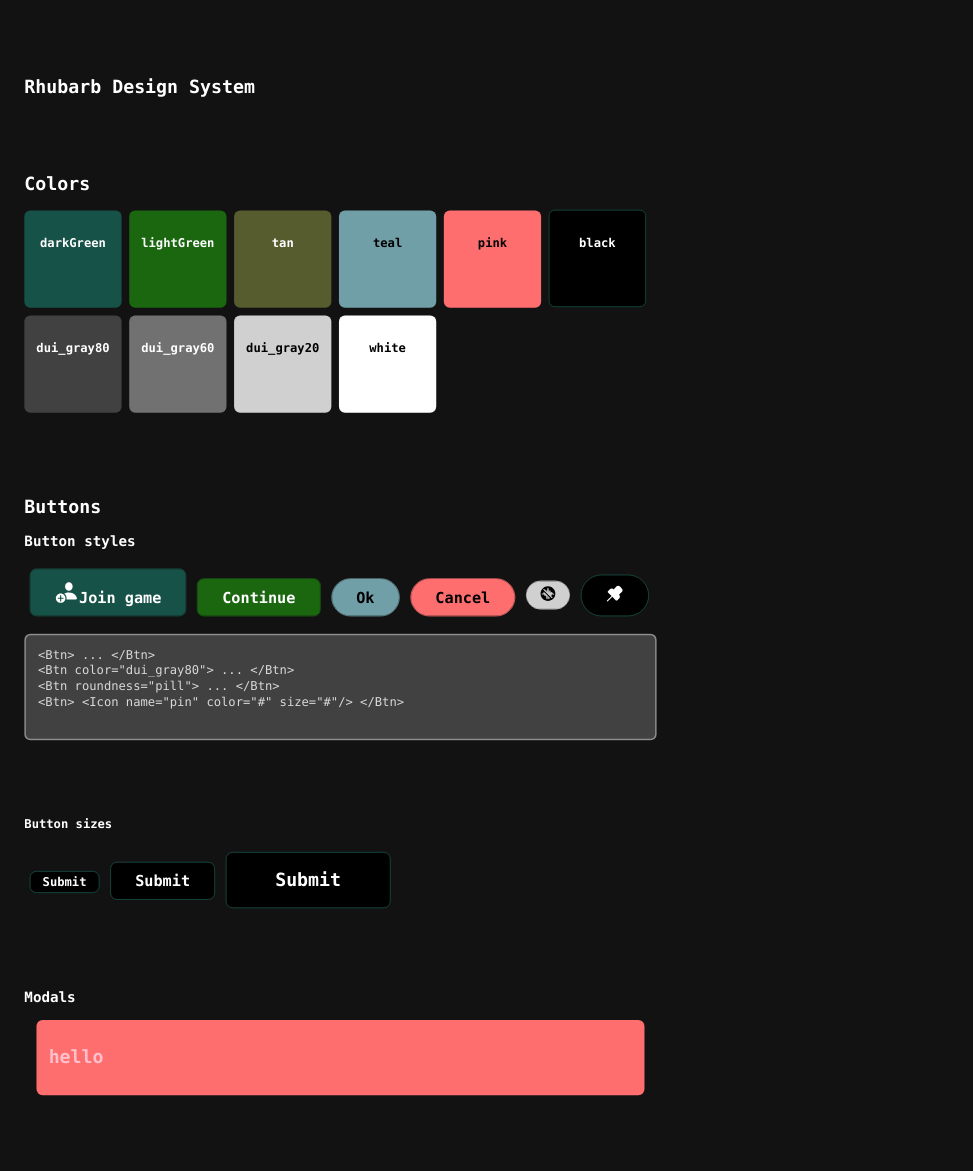
Repository: kttalley/designing-with-data_react-class
Page: / (app in lesson6_design-system-component-extension/)
The author's editor kept a copy of each file at every save. The page is drawn from the files as they stood at one save, then again after the next save.
The browser window is 1280 px wide. The pictures show the whole page, at 76% of full size.
The project was rebuilt for these pictures with package versions that can differ from the ones it lists, and the page was loaded fresh each time. Imported but missing from the stored project, and not drawn on this page: lesson6_design-system-component-extension/src/Rhubarb/Input.

Above is the page before, as saved 2023-09-01 12:21:29.

### lesson6_design-system-component-extension/src/App.js
import React, { Component } from 'react';
import { DocsSection, DocsColorBox, DocsModalContainer, DocsCodeBlock } from './Docs';
import Icon from './Rhubarb/Icon'

import {
  GlobalStyle,
  Btn,
  Modal,
  fontSize,
  color,
} from './Rhubarb';

class App extends Component {
  render() {
    return (
      <div>
        <GlobalStyle />

        <DocsSection>
          <h1>Rhubarb Design System</h1>
        </DocsSection>
        <DocsSection>
          <h2>Colors</h2>
          <DocsColorBox color="darkGreen">darkGreen</DocsColorBox>
          <DocsColorBox color="lightGreen">lightGreen</DocsColorBox>
          <DocsColorBox color="tan">tan</DocsColorBox>
          <DocsColorBox color="teal">teal</DocsColorBox>
          <DocsColorBox color="pink">pink</DocsColorBox>
          <DocsColorBox color="black">black</DocsColorBox>
          <DocsColorBox color="dui_gray80">dui_gray80</DocsColorBox>
          <DocsColorBox color="dui_gray60">dui_gray60</DocsColorBox>
          <DocsColorBox color="dui_gray20">dui_gray20</DocsColorBox>
          <DocsColorBox color="white">white</DocsColorBox>
        </DocsSection>

        <DocsSection>
          <h2>Buttons</h2>
          <h3>Button styles</h3>
          <Btn color="darkGreen">
            <Icon name="add" context="btn" color="#ffffff" size={fontSize[4]}></Icon>
            Join game
          </Btn>
          <Btn color="lightGreen">Continue</Btn>
          <Btn color="teal"  roundness="pill">Ok</Btn>
          <Btn color="pink"  roundness="pill">Cancel</Btn>
          <Btn color="dui_gray20" size="sm" roundness="pill">
            <Icon name="cancel" color={color.black} size={fontSize[3]}></Icon>
          </Btn>
          <Btn roundness="pill">
            <Icon name="pin" size={fontSize[3]} />
          </Btn>
          <DocsCodeBlock>
            {`<Btn> ... </Btn>
            <Btn color="dui_gray80"> ... </Btn>
            <Btn roundness="pill"> ... </Btn>
            <Btn> <Icon name="pin" color="#" size="#"/> </Btn>

            `}
          </DocsCodeBlock>
      </DocsSection>
      <DocsSection>
          <h4>Button sizes</h4>
          <Btn size="sm">Submit</Btn>
          <Btn>Submit</Btn>
          <Btn size="lg">Submit</Btn>
        </DocsSection>


        <DocsSection>
          <h3>Modals</h3>
          <Modal color="pink"><h1>hello</h1></Modal>

        </DocsSection>
      </div>
    );
  }
}

export default App;

### lesson6_design-system-component-extension/src/Docs/index.js
import styled from 'styled-components';
import {color, space, isDarkBackground, fontSize} from '../Rhubarb';

export const DocsColorBox = styled.div`
background-color: ${ props => color[props.color] ? color[props.color] : color.black };
  color: ${props => isDarkBackground(props.color) ? color.black : color.white};
  height: ${space[6] + 'px'};
  width: ${space[6] + 'px'};
  padding-top: 33px;
  text-align: center;
  font-weight: bold;
  display: inline-block;
  margin-right: 10px;
  margin-bottom: 10px;
  border-radius: 8px;
  border: ${props => props.color === "black" ? '1px solid' + color.darkGreen : 'none'}
`;

export const DocsSection = styled.section`
  margin: 100px 32px;
  max-width: 832px;
`;

export const DocsModalContainer = styled.section`
  position: relative;
  height: 300px;
  border-radius: 3px;
  background: ${color.dui_gray80}
`;

export const DocsCodeBlock = styled.code`
  border: 2px solid ${color.dui_gray60};
  background-color: ${color.dui_gray80};
  color: ${color.dui_gray20};
  border-radius: 8px;
  display: block;
  font-family: consolas, monospace;
  line-height: 1.3;
  padding: ${space[3] + 'px'};
  white-space: pre-line;
  font-size: ${fontSize[1]};
  margin-top: ${space[3] + 'px'};
   max-width: 832px;
  transition: 0.15s color ease;

  &::selection {
    color: ${color.black};
    background-color: ${color.pink};
  }

  &:hover {
    color: ${color.white};
  }


`;

### lesson6_design-system-component-extension/src/Rhubarb/Icon.js
import React from 'react';
import Styled, { css } from 'styled-components'



const Icon = function(props) {
    const {name, context, color="white", size=16, ...rest} = props;
    const Drawing = IconMap[name] ? IconMap[name] : null;
    const iconStyles = {
        ...(context === 'btn' && {
            marginRight: '200px',
            color: "red",
            padding: '8px',
            size: '500px'

        }),
    }

    return (
        <svg
            width={size}
            height={size}
            {...rest}
            viewBox="0 0 32 32"
        >
            <Drawing color={color} />
        </svg>

    );

}

function Add(props) {
    return (
        <path fill={props.color} d="M18.6025 16.2451C15.8604 16.2451 13.5879 13.8203 13.5879 10.6846C13.5752 7.65039 15.8857 5.25098 18.6025 5.25098C21.332 5.25098 23.6172 7.625 23.6172 10.6719C23.6172 13.8203 21.3447 16.2451 18.6025 16.2451ZM18.5898 18.5176C25.1406 18.5176 29.2158 23.0117 29.2158 26.2744C29.2158 27.3789 28.5049 27.874 26.7783 27.874H15.4033C15.5303 27.3408 15.5938 26.7695 15.5938 26.1982C15.5938 23.6973 14.4004 21.4756 12.5596 20.0537C14.1719 19.127 16.2158 18.5176 18.5898 18.5176ZM7.79883 32.5078C4.3457 32.5078 1.48926 29.6641 1.48926 26.1982C1.48926 22.7324 4.3457 19.876 7.79883 19.876C11.2646 19.876 14.1211 22.7324 14.1211 26.1982C14.1211 29.6514 11.2393 32.5078 7.79883 32.5078ZM7.81152 30.3496C8.20508 30.3496 8.52246 30.0703 8.52246 29.6641V26.8584H11.125C11.5059 26.8584 11.8105 26.5664 11.8105 26.1855C11.8105 25.8047 11.5059 25.5127 11.125 25.5127H8.52246V22.7197C8.52246 22.3008 8.20508 22.0342 7.81152 22.0342C7.41797 22.0342 7.10059 22.3008 7.10059 22.7197V25.5127H4.48535C4.11719 25.5127 3.8125 25.8047 3.8125 26.1855C3.8125 26.5664 4.11719 26.8584 4.48535 26.8584H7.10059V29.6641C7.10059 30.0703 7.41797 30.3496 7.81152 30.3496Z"></path>
    )
}


function Pin(props) {
    return (
        <path fill={props.color} d="M28.1831 13.4035C28.601 12.9858 28.9325 12.49 29.1587 11.9442C29.3849 11.3984 29.5014 10.8134 29.5015 10.2226C29.5016 9.63174 29.3853 9.0467 29.1592 8.50084C28.9332 7.95498 28.6019 7.45899 28.1841 7.0412L24.9849 3.82147C24.1379 2.97781 22.9906 2.50501 21.7951 2.50703C20.5997 2.50904 19.454 2.9857 18.6099 3.83221L14.354 8.35272C14.2599 8.44609 14.1326 8.49847 14 8.49847C13.8674 8.49847 13.7402 8.44609 13.646 8.35272C13.2271 7.93628 12.7279 7.60921 12.1789 7.39132C11.6298 7.17344 11.0422 7.06928 10.4517 7.08514C9.25462 7.11643 8.11615 7.60989 7.27491 8.46209L3.93702 11.9504C3.65616 12.2318 3.49835 12.6131 3.49816 13.0107C3.49797 13.4083 3.65543 13.7898 3.93602 14.0715L10.2144 20.3666L2.29341 28.2931C2.20056 28.386 2.12691 28.4962 2.07666 28.6175C2.02641 28.7389 2.00055 28.8689 2.00055 29.0002C2.00055 29.1315 2.02641 29.2615 2.07666 29.3828C2.12691 29.5041 2.20056 29.6144 2.29341 29.7072C2.38626 29.8001 2.49649 29.8737 2.6178 29.924C2.73911 29.9742 2.86913 30.0001 3.00044 30.0001C3.13175 30.0001 3.26177 29.9742 3.38308 29.924C3.5044 29.8737 3.61462 29.8001 3.70747 29.7072L11.6266 21.7825L17.8891 28.0617C18.0288 28.2015 18.1948 28.3122 18.3775 28.3877C18.5602 28.4631 18.7559 28.5016 18.9536 28.5012C19.1477 28.5019 19.3402 28.4644 19.5198 28.3906C19.6995 28.3169 19.8628 28.2084 20.0004 28.0715L23.5463 24.718C24.4021 23.8866 24.8934 22.7498 24.9124 21.5568C24.9315 20.3638 24.4767 19.212 23.6479 18.3537C23.555 18.2608 23.5025 18.135 23.5015 18.0036C23.5006 17.8722 23.5515 17.7458 23.643 17.6515L28.1831 13.4035Z"></path>
    )
}
function Cancel(props) {
    return (
        <path fill={props.color} d="M29 16C29 23.1797 23.1797 29 16 29C8.8203 29 3 23.1797 3 16C3 8.8203 8.8203 3 16 3C23.1797 3 29 8.8203 29 16ZM16.9957 6.9078C16.9481 6.39344 16.5166 6 16 6C15.4834 6 15.0519 6.39344 15.0043 6.9078L14.438 13.0238L13.796 12.3818L13.6593 11.265C13.5997 10.7785 13.1962 10.4068 12.7064 10.3873C12.4524 10.3772 12.2141 10.4634 12.0298 10.6156L9.70711 8.29289C9.31658 7.90237 8.68342 7.90237 8.29289 8.29289C7.95024 8.63555 7.90824 9.16501 8.16689 9.55346L22.4466 23.8331C22.835 24.0918 23.3645 24.0498 23.7071 23.7071C24.0976 23.3166 24.0976 22.6834 23.7071 22.2929L21.6914 20.2772C21.812 20.1618 21.9048 20.0154 21.9562 19.8473L22.6544 17.5661C22.8345 17.7326 23.0745 17.8319 23.3333 17.8319H26C26.5523 17.8319 27 17.3842 27 16.8319C27 16.2796 26.5523 15.8319 26 15.8319H24.118L23.638 13.8714C23.5309 13.4342 23.145 13.1224 22.6951 13.1096C22.2452 13.0968 21.8422 13.3862 21.7105 13.8166L21.194 15.5038L20.3131 11.1866C20.2151 10.7063 19.7834 10.3679 19.2936 10.3873C18.8038 10.4068 18.4003 10.7785 18.3407 11.265L17.8046 15.6439L16.9957 6.9078ZM18.9044 23.1194L16.2417 20.4567L16.6709 25.0922C16.718 25.6009 17.1411 25.9924 17.6519 25.9999C18.1628 26.0074 18.5972 25.6287 18.6593 25.1215L18.9044 23.1194ZM15.7993 20.0142L10.8878 15.1028L10.806 15.5038L10.593 14.808L8.96462 13.1796C8.67 13.2965 8.4407 13.5501 8.36203 13.8714L7.88198 15.8319H6C5.44772 15.8319 5 16.2796 5 16.8319C5 17.3842 5.44772 17.8319 6 17.8319H8.66667C8.92551 17.8319 9.16553 17.7326 9.3456 17.5661L10.0438 19.8473C10.1776 20.2846 10.5911 20.5754 11.0478 20.5535C11.5046 20.5316 11.8884 20.2026 11.9798 19.7545L12.4197 17.5986L13.3407 25.1215C13.4028 25.6287 13.8372 26.0074 14.3481 25.9999C14.8589 25.9924 15.282 25.6009 15.3291 25.0922L15.7993 20.0142ZM19.7257 18.3115L19.5184 18.1042L19.5803 17.5986L19.7257 18.3115Z"/>
    )
};




const IconMap = {
    "add": Add,
    "pin": Pin,
    "cancel": Cancel,
};


export default Icon;

### lesson6_design-system-component-extension/src/Rhubarb/index.js
//this file indexes all Rhubarb components for export

import { createGlobalStyle } from "styled-components";

export const GlobalStyle = createGlobalStyle`
  * {
    box-sizing: border-box;
  }

  body {
    margin: 0;
    padding: 0;
    font-family: menlo, sans-serif;
    background-color: #121212;
    color: white;
  }
`;


export * from './Button';
export * from './Input';
export * from './Utils';
export * from './Modal';
export * from './Icon';

### lesson6_design-system-component-extension/src/Rhubarb/Button.js
import { color, space, isDarkBackground, fontSize} from './Utils';
import styled, { css } from 'styled-components';

export const Btn = styled.button`
  background-color: ${ props => color[props.color] ? color[props.color] : color.black };
  color: ${props => isDarkBackground(props.color) ? color.black : color.white};
  outline: 1px solid ${ props => color[props.color] ? color[props.color] : color.darkGreen };
  border-radius: 8px;
  padding: ${space[3] + 'px'};
  margin: ${space[2] + 'px'};
  font-family: menlo;
  font-weight: bold;
  border: none;
  transition: 0.1s all ease;
  font-size: ${fontSize[2]};
  padding: ${space[2] + 4 + 'px'} ${space[4] + 'px'};

  &:hover {
    cursor: pointer;
    filter: brightness(1.1);
    transform: scale(1.1);
  }

  ${props => props.size === 'sm' && css`
    font-size: ${fontSize[1]};
    padding: ${space[1] + 2 + 'px'} ${space[3] + 'px'};
  ` }

    ${props => props.size === 'lg' && css`
      font-size: ${fontSize[3]};
      padding: ${space[3] + 6 + 'px'} ${space[5] + 'px'};
  ` }

  ${props => props.roundness === 'pill' && css`
    border-radius: 32px;
  `}

  ${props => props.color === "black" && css`
    outline: 2px solid green;

  `}


`;

### lesson6_design-system-component-extension/src/Rhubarb/Utils.js
export const color = {

  //core colors
  darkGreen: '#165247',
  tan: '#565C2D',
  lightGreen: '#1A6710',
  teal: '#719FA7',
  pink: '#FF6E6E',

  //grayscale - needs lui
  black: '#000000',
  dui_gray80: '#FFFFFF33',
  dui_gray60: '#FFFFFF66',
  dui_gray40: '##FFFFFF44',
  dui_gray20: '#FFFFFFCC',
  white: '#FFFFFF',
  // solid grays, no opacity,
  //for sake of utility function below
  gray1: '#606060',
  gray2: '#313131',
  gray3: '#181818'

}

export const space = [
  0,
  2,
  8,
  16,
  32,
  64,
  128,
  256,
  512
];

export const fontSize = [
  '14px',
  '16px',
  '20px',
  '24px',
  '32px',
  '64px'
];


export const isDarkBackground = function(color) {
  if (color) {
    if (color.includes('dui_gray20') || color.includes('teal') || color.includes('pink') || color.includes('white')) {
      return true;
    } else {
      return false;
    }
  }
}

### lesson6_design-system-component-extension/src/Rhubarb/Modal.js
import { color, space, fontSize, isDarkBackground} from './Utils';
import React from 'react';
import styled from 'styled-components';
import Icon from './Icon';

export const Modal = styled.div`
  background-color: ${props => color[props.color] ? color[props.color] : color.black };
  color: pink;
  padding: 1rem;
  margin: 1rem;
  border-radius: ${space[2] + 'px'};
`;


export const ModalDismissIcon = styled(Icon)`
  float: right;
  transition: 0.2s opacity ease;
  cursor: pointer;

  &:hover {
    opacity: 0.6;
  }
`;

Loaded but not shown: lesson6_design-system-component-extension/public/index.html (common file); lesson6_design-system-component-extension/src/index.js (common file); lesson6_design-system-component-extension/src/index.css (common file); lesson6_design-system-component-extension/src/reportWebVitals.js (common file)

After the next save:
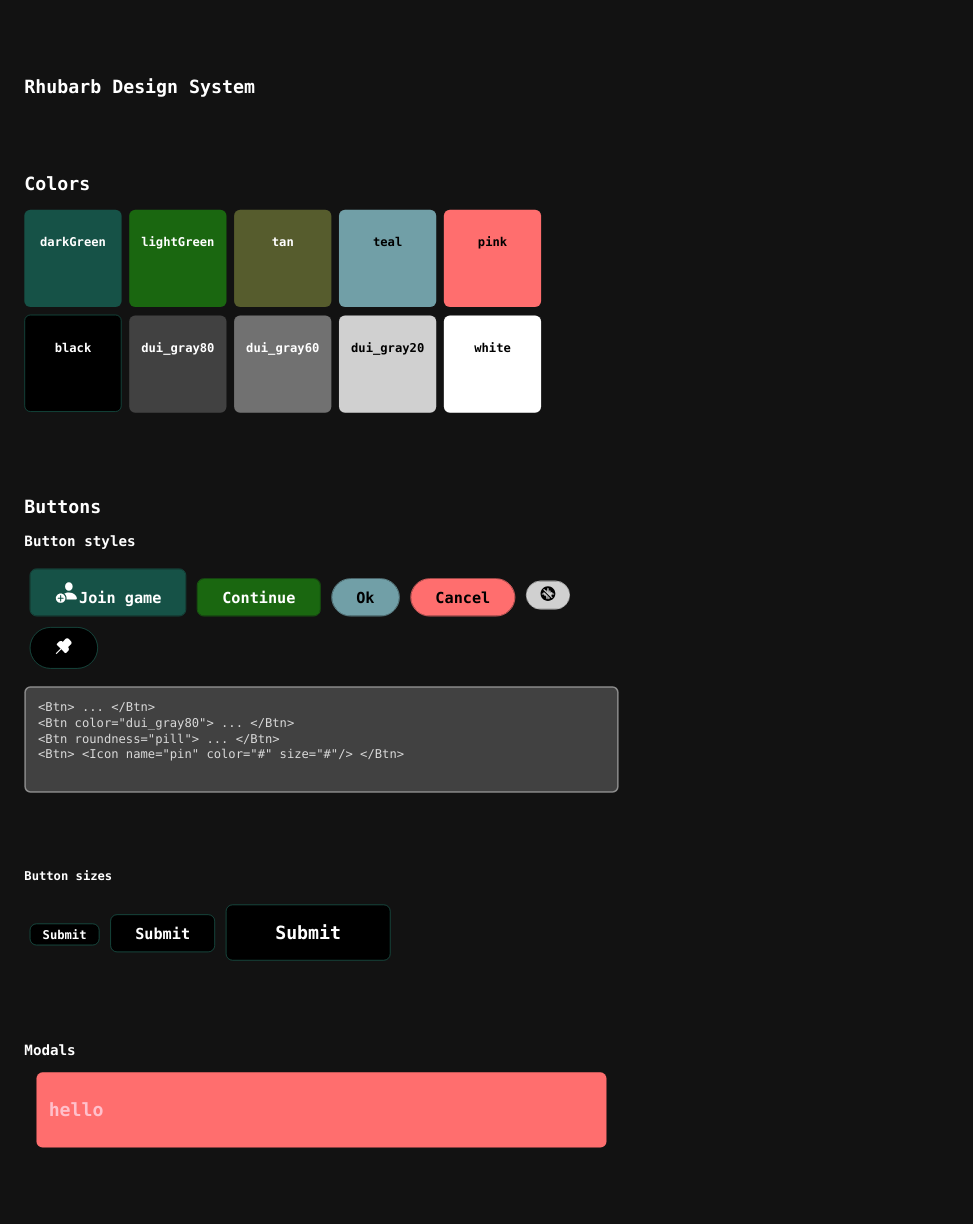
Saved 17 s later.
--- a/lesson6_design-system-component-extension/src/Docs/index.js
+++ b/lesson6_design-system-component-extension/src/Docs/index.js
@@ -18,7 +18,7 @@ background-color: ${ props => color[props.color] ? color[props.color] : color.bl
 
 export const DocsSection = styled.section`
   margin: 100px 32px;
-  max-width: 832px;
+  max-width: 782px;
 `;
 
 export const DocsModalContainer = styled.section`
